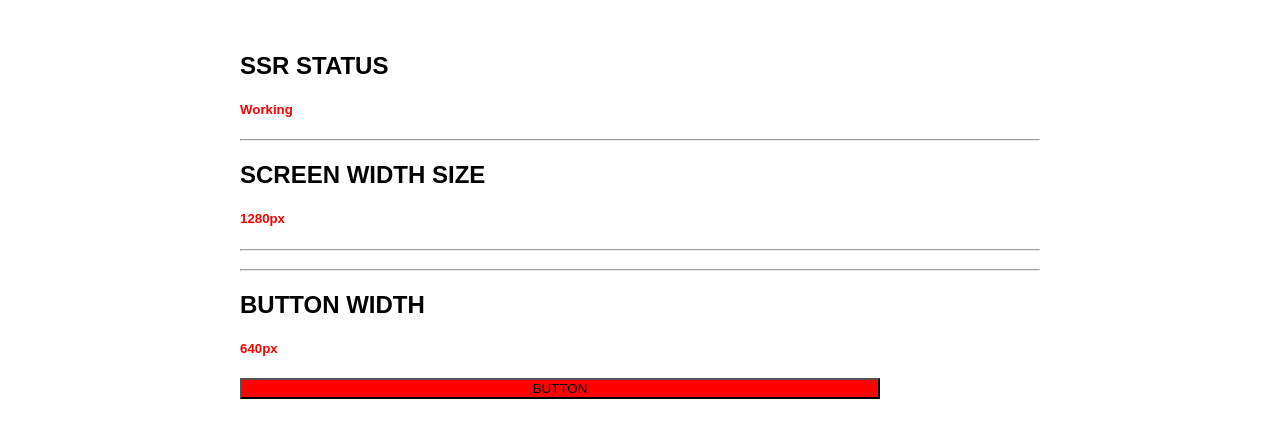
Repository: adrihle/screen-detector-nextpwa
Page: /
These files come from the project's save history. The page is drawn as it stood at one moment and after a run of saves; the edit follows.
The browser window is 1280 px wide. The pictures show the whole page.
The project was rebuilt for these pictures with package versions that can differ from the ones it lists, and the page was loaded fresh each time. The framework's server and built-in components were replaced by stand-ins that run in the browser. Imported but missing from the stored project, and not drawn on this page: pages/_document.

Above is the page before, as saved 2020-12-28 14:02:53.

### pages/_app.js
import App, { Container } from "next/app";
import Head from "next/head";
import styled, { createGlobalStyle } from "styled-components";
import { title } from "./_document";

// Any global CSS variables and selectors we want
const GlobalStyle = createGlobalStyle`
  :root {
    --padding: 2rem;
    --max-width: 50rem;
  }

  body {
    background: var(--background--1);
    font-family: 'PT Sans', sans-serif;
    margin: 0;
  }
`;

const Main = styled.main`
  margin: 0 auto;
  max-width: var(--max-width);
  padding: var(--padding);
`;

export default class MyApp extends App {
  static async getInitialProps({ Component, ctx }) {
    let pageProps = {};

    if (Component.getInitialProps) {
      pageProps = await Component.getInitialProps(ctx);
    }

    return { pageProps };
  }

  render() {
    const { Component, pageProps, router } = this.props;

    return (
      <>
        <Head>
          <title>{title}</title>
        </Head>
        <Container>
          <Main>
            <Component {...pageProps} router={router} />
          </Main>
          <GlobalStyle />
        </Container>
      </>
    );
  }
}

### pages/index.js
import { useEffect, useState } from 'react'
import ScreenSizeLayout from '../components/layouts/ScreenSizeLayout'


const Index = ({ server, ss }) => {

  const [size, setSize] = useState()


  useEffect(() => {
    const handleSize = () => setSize(window.innerWidth)
    handleSize()
    window.addEventListener('resize', handleSize)
    return () => {window.removeEventListener('resize', handleSize)}
  },[])

  const width = size + 'px'

  const btnWidth = size / 2

  return (
    <ScreenSizeLayout>
        <h2>SSR STATUS</h2>
        <h5 style={{color:'red'}}>{server ? 'Working' : 'Not Working'}</h5>
        <hr />
        <h2>SCREEN WIDTH SIZE</h2>
        <h5 style={{color:'red'}}>{width}</h5>
        <hr/>
        <h3>{ss}</h3>
        <hr/>
        {size>240 && (
          <>
            <h2>BUTTON WIDTH</h2>
            <h5 style={{color:'red'}}>{`${btnWidth}px`}</h5>
            <button style={{background:'red', width:btnWidth}}>BUTTON</button>
          </>
        )}
    </ScreenSizeLayout>
  )
}

Index.getInitialProps = async function() {
  return {
    server: true,
  }
};

export default Index;

### components/layouts/ScreenSizeLayout.tsx
const ScreenSizeLayout = ({ children }) => {
    return (
        <>
            {children}
        </>
    )
}

export default ScreenSizeLayout

After the next 3 saves:
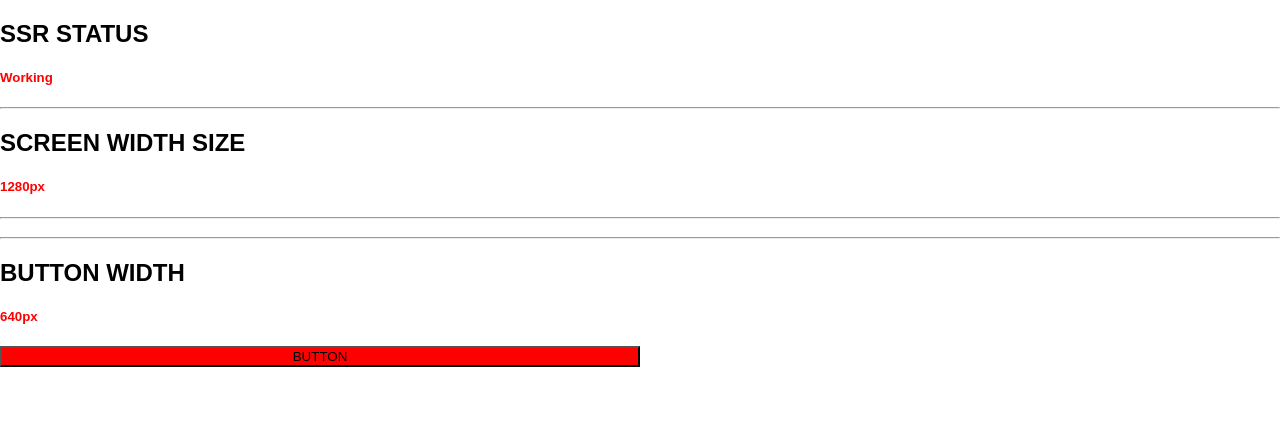
The 3 saves are shown as one change because 2 did not build or start.
The last was saved 6 min 36 s later.
--- a/pages/_app.js
+++ b/pages/_app.js
@@ -2,6 +2,7 @@
 import Head from "next/head";
 import styled, { createGlobalStyle } from "styled-components";
 import { title } from "./_document";
+import ScreenSizeLayout from '../components/layouts/ScreenSizeLayout'
 
 // Any global CSS variables and selectors we want
 const GlobalStyle = createGlobalStyle`
@@ -15,13 +16,7 @@
     font-family: 'PT Sans', sans-serif;
     margin: 0;
   }
-`;
-
-const Main = styled.main`
-  margin: 0 auto;
-  max-width: var(--max-width);
-  padding: var(--padding);
-`;
+`
 
 export default class MyApp extends App {
   static async getInitialProps({ Component, ctx }) {
@@ -43,9 +38,9 @@
           <title>{title}</title>
         </Head>
         <Container>
-          <Main>
+          <ScreenSizeLayout>
             <Component {...pageProps} router={router} />
-          </Main>
+          </ScreenSizeLayout>
           <GlobalStyle />
         </Container>
       </>
--- a/components/layouts/ScreenSizeLayout.tsx
+++ b/components/layouts/ScreenSizeLayout.tsx
@@ -1,4 +1,7 @@
+import { cloneElement } from 'react'
+
 const ScreenSizeLayout = ({ children }) => {
+
     return (
         <>
             {children}

After the save that followed:
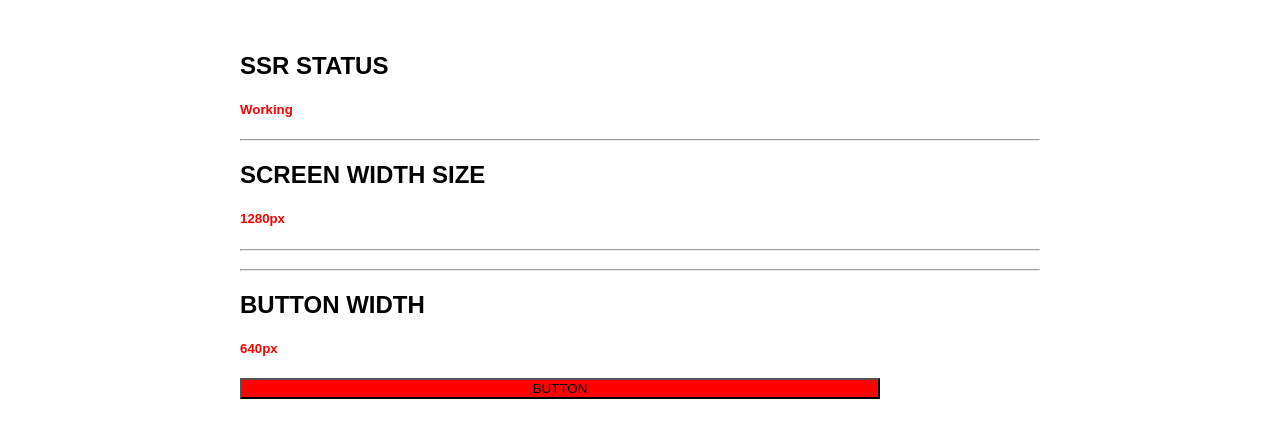
Saved 56 s later.
--- a/pages/_app.js
+++ b/pages/_app.js
@@ -16,7 +16,13 @@
     font-family: 'PT Sans', sans-serif;
     margin: 0;
   }
-`
+`;
+
+const Main = styled.main`
+  margin: 0 auto;
+  max-width: var(--max-width);
+  padding: var(--padding);
+`;
 
 export default class MyApp extends App {
   static async getInitialProps({ Component, ctx }) {
@@ -38,9 +44,11 @@
           <title>{title}</title>
         </Head>
         <Container>
-          <ScreenSizeLayout>
-            <Component {...pageProps} router={router} />
-          </ScreenSizeLayout>
+          <Main>
+            <ScreenSizeLayout>
+              <Component {...pageProps} router={router} />
+            </ScreenSizeLayout>
+          </Main>
           <GlobalStyle />
         </Container>
       </>
